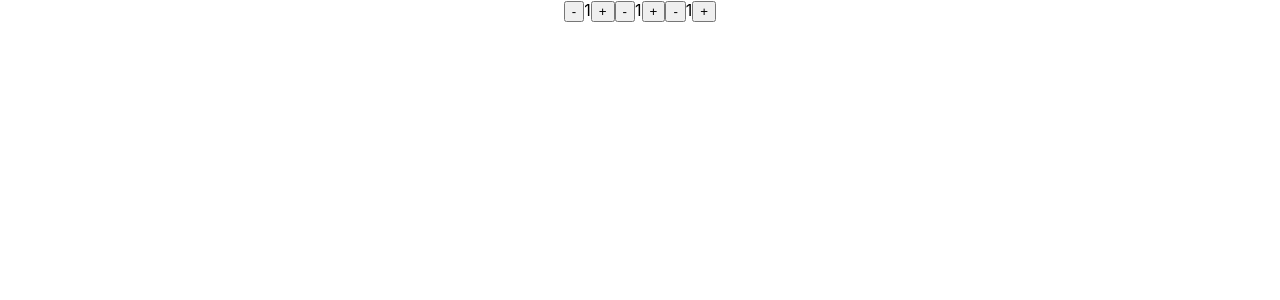
Repository: max535/test-task-netrika
Page: /
These files come from the project's save history. The page is drawn as it stood at one moment and after the next save; the edit follows.
The browser window is 1280 px wide. The pictures show the whole page.
The project was rebuilt for these pictures with package versions that can differ from the ones it lists, and the page was loaded fresh each time.

Above is the page before, as saved 2021-10-16 06:30:03.

### public/index.html
<!DOCTYPE html>
<html lang="en">
  <head>
    <meta charset="utf-8" />
    <meta name="viewport" content="width=device-width, initial-scale=1" />
    <title>Тестовые задания</title>
  </head>
  <body>
    <div id="root"></div>
  </body>
</html>

### src/App.js
import React from 'react';
import Counter from './Counter';
import './App.css';

function App() {
  return (
    <div className="App">
      <Counter />
      <Counter />
      <Counter />
    </div>
  );
}

export default App;

### src/Counter.js
import React, { useState } from 'react';

const Counter = () => {
    const [count, setCount] = useState(1);

    const handleIncrement = () => {
        setCount(count + 1);
    }

    const handleDecrement = () => {
        setCount(count - 1);
    }

    return (
        <div className="Counter">
            <button onClick={handleDecrement}>-</button>
            <span>{count}</span>
            <button onClick={handleIncrement}>+</button>
        </div>
    );
}

export default Counter;

### src/App.css
.App {
  display: flex;
  flex-direction: row;
  justify-content: center;
  width: 100%;
  height: 100%;
}

Loaded but not shown: src/index.js (common file); src/index.css (common file)

After the next save:
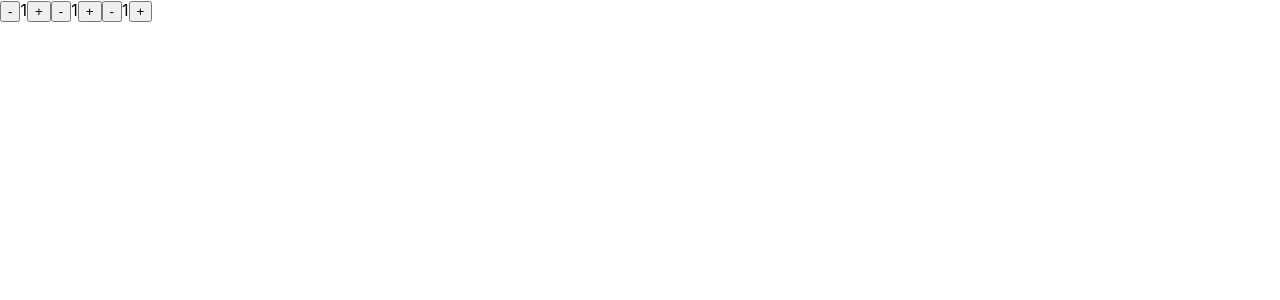
Saved 8 s later.
--- a/src/App.css
+++ b/src/App.css
@@ -1,7 +1,6 @@
 .App {
   display: flex;
   flex-direction: row;
-  justify-content: center;
   width: 100%;
   height: 100%;
 }
